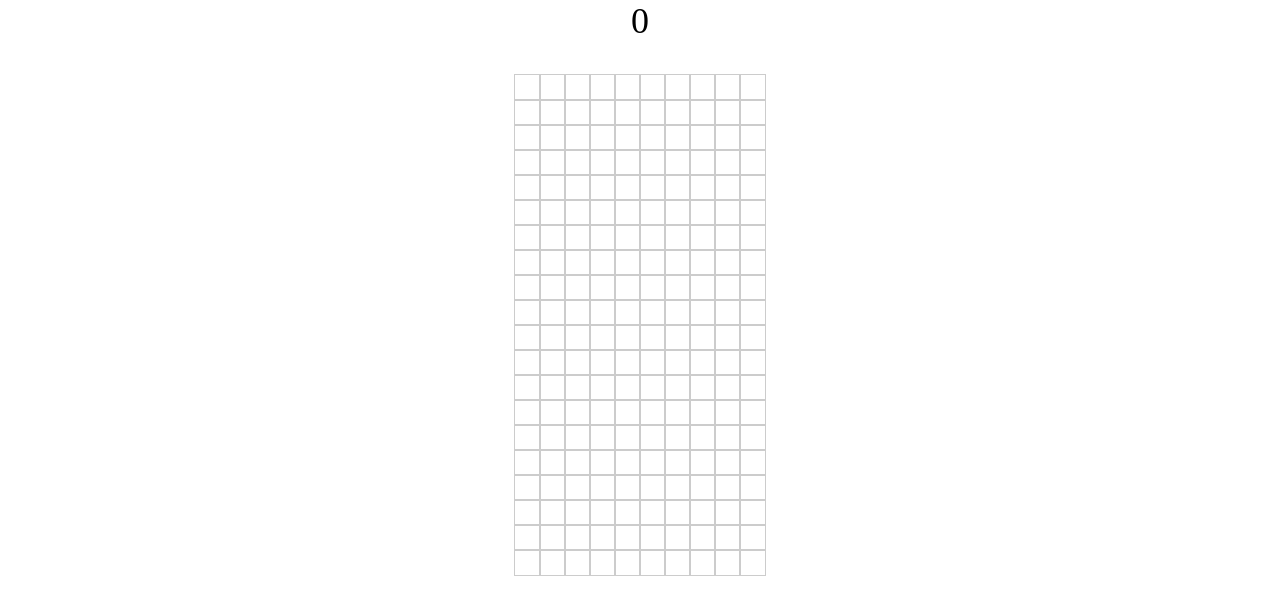
Repository: chlwpdnswku/tetris
Page: index.html
These files come from the project's save history. The page is drawn as it stood at one moment and after a run of saves; the edit follows.
The browser window is 1280 px wide. The pictures show the whole page.

Above is the page before, as saved 2022-12-12 00:29:48.

### index.html
<!DOCTYPE html>
<html lang="en">

<head>
    <meta charset="UTF-8">
    <meta http-equiv="X-UA-Compatible" content="IE=edge">
    <meta name="viewport" content="width=device-width, initial-scale=1.0">
    <link rel="stylesheet" href="style.css">
    <title>Document</title>

</head>

<body>
    <div class="wrapper">
        <div class="score">0</div>
        <div class="playground">
            <!-- ul  -->
            <ul></ul>
        </div>

    </div>

    <script src="script.js"></script>
</body>

</html>

### style.css
* {
  margin: 0;
  padding: 0;
}
ul {
  list-style: none;
}
body {
  height: 100%;
  overflow: hidden;
}
.score {
  text-align: center;
  font-size: 36px;
  margin-bottom: 2rem;
}
.playground > ul {
  border: 1px solid #333;
  width: 250px;
  margin: 0 auto;
}
.playground > ul > li {
  width: 100%;
  height: 25%;
}

.playground > ul > li > ul {
  display: flex;
}
.playground > ul > li > ul > li {
  width: 25px;
  height: 25px;
  outline: 1px solid #ccc;
}

### script.js
const playground = document.querySelector('.playground >ul');

// console.log(playground);

// setting
const GAME_ROWS = 20;
const GAME_COLS = 10;

// variables
let score = 0;
let duration = 500;
let downInterval;
let tempMovingItem;

// 앞뒤 옆 아래 움직임
const BLOCKS = {
  tree: [
    [
      [0, 0],
      [0, 1],
      [1, 0],
      [1, 1],
    ],
    [],
    [],
    [],
  ],
};

const movingItem = {
  type: 'tree',
  direction: 0,
  top: 0,
  left: 0,
};

// functions

init();
// 맨처음 시작하는 함수 10개의 20개의 줄을 저장
function init() {
  // 값만 가져와서 넣어줌
  tempMovingItem = { ...movingItem };
  //   movingItem.left = 3;
  //   console.log(tempMovingItem);
  for (let i = 0; i < GAME_ROWS; i++) {
    prependNewLine();
  }
  renderBlocks();
}

function prependNewLine() {
  const li = document.createElement('li');
  const ul = document.createElement('ul');

  for (let j = 0; j < GAME_COLS; j++) {
    const matrix = document.createElement('li');
    // ul -> li
    ul.prepend(matrix);
  }
  li.prepend(ul);
  playground.prepend(li);
}

function renderBlocks() {
  const { type, direction, top, left } = tempMovingItem;
  //   console.log(BLOCKS[type][direction]);
  BLOCKS[type][direction].forEach((block) => {
    const x = block[0];
    const y = block[1];
    // console.log({ playground });
    const target = playground.childNodes[y].childNodes[0].childNodes[x];
    // console.log(target);
    target.classList.add(type);
  });

  //   console.log(type, direction, top, left);
}

After the next 2 saves:
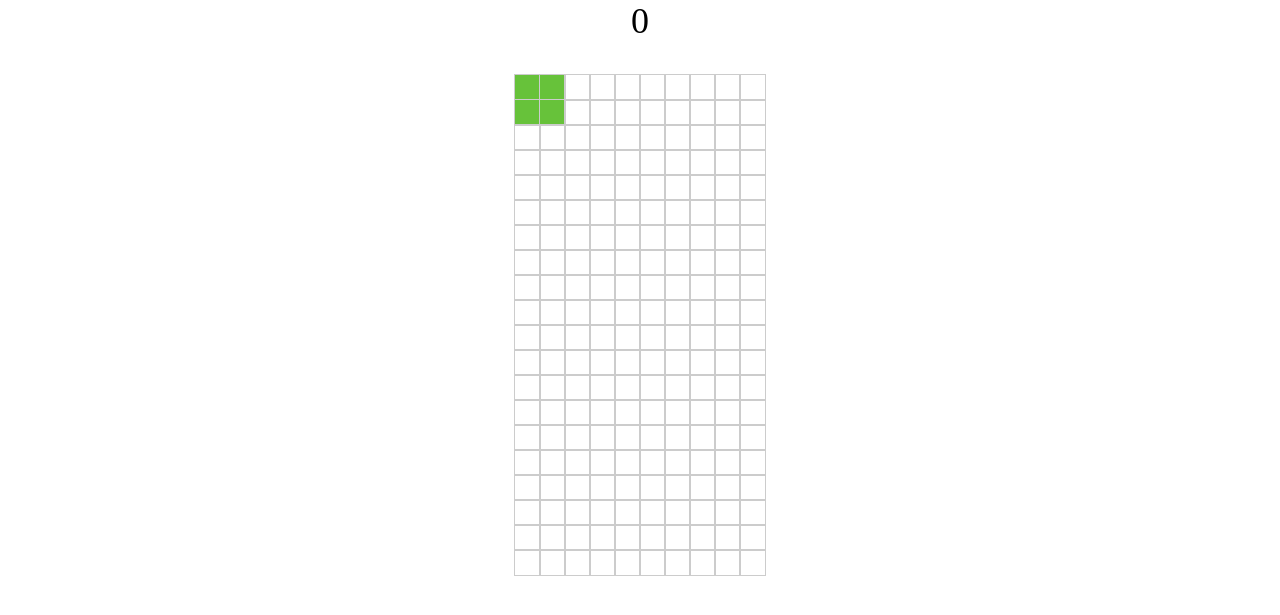
The 2 saves are shown as one change because they came seconds apart.
The last was saved 16 s later.
--- a/style.css
+++ b/style.css
@@ -32,3 +32,6 @@ body {
   height: 25px;
   outline: 1px solid #ccc;
 }
+.tree {
+  background: #67c23a;
+}
